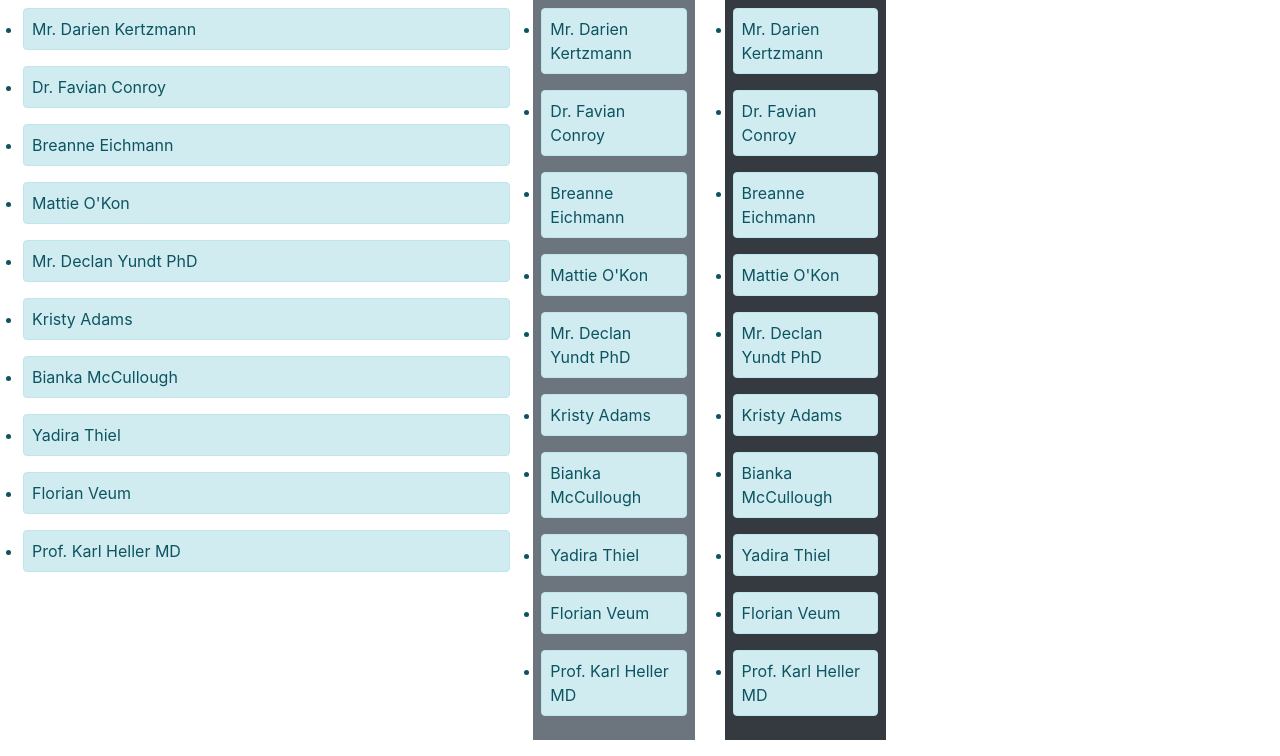
Repository: yatharth-vataliya/the-core-php-js
Page: http://localhost/prac_17.php
These files come from the project's save history. The page is drawn as it stood at one moment and after the next save; the edit follows.
The browser window is 1280 px wide. The pictures show the whole page.
Some web libraries are served in a nearby version. The page is run by PHP 8.4 with error messages shown; the project is at /var/www/html/. The database holds what the project's SQL file puts in it.

Above is the page before, as saved 2020-12-26 18:29:38.

### prac_17.php
<?php

require_once("db.php");

$st = $pdo->prepare('SELECT * FROM sort_it ORDER BY order_id ASC');
$st->execute();

$data = $st->fetchAll(PDO::FETCH_OBJ);

?>
<!doctype html>
<html lang="en">

<head>
  <!-- Required meta tags -->
  <meta charset="utf-8">
  <meta name="viewport" content="width=device-width, initial-scale=1, shrink-to-fit=no">

  <!-- Bootstrap CSS -->
  <link rel="stylesheet" href="https://cdn.jsdelivr.net/npm/bootstrap@4.5.3/dist/css/bootstrap.min.css">
  <link rel="stylesheet" href="https://code.jquery.com/ui/1.12.1/themes/base/jquery-ui.css">
  <style>

  </style>
  <title>Title</title>
</head>

<body>
  <div class="container-fluid">
    <div class="row">
      <div class="col-md-5">
        <ul id="sortable" class="p-2">
          <?php foreach ($data as $dt) : ?>
            <li class="p-2 alert alert-info" data-id="<?php echo $dt->id; ?>"><?php echo $dt->product_name; ?></li>
          <?php endforeach; ?>
        </ul>
      </div>
      <div class="row">
        <div class="col-md-5">
          <ul id="sortable1" class="p-2 connectedSortable bg-secondary">
            <?php foreach ($data as $dt) : ?>
              <li class="p-2 alert alert-info" data-id="<?php echo $dt->id; ?>"><?php echo $dt->product_name; ?></li>
            <?php endforeach; ?>
          </ul>
        </div>
        <div class="col-md-5">
          <ul id="sortable2" class="p-2 connectedSortable bg-dark">
            <?php foreach ($data as $dt) : ?>
              <li class="p-2 alert alert-info" data-id="<?php echo $dt->id; ?>"><?php echo $dt->product_name; ?></li>
            <?php endforeach; ?>
          </ul>
        </div>
      </div>
    </div>
  </div>

  <script src="https://code.jquery.com/jquery-3.5.1.js"></script>
  <script src="https://cdn.jsdelivr.net/npm/bootstrap@4.5.3/dist/js/bootstrap.bundle.min.js"></script>
  <script src="https://code.jquery.com/ui/1.12.1/jquery-ui.js"></script>

  <script>
    $(function() {
      $("#sortable").sortable({
        update: function(event, ui) {
          var od_array = new Array();
          $("#sortable li").each(function() {
            od_array.push($(this).data("id"));
          });
          var http = new XMLHttpRequest();
          http.onreadystatechange = function() {
            if (this.readyState == 4 && this.status == 200) {
              response = JSON.parse(this.response);
              alert(response.message);
            }
          }
          http.open("POST", "reorder.php");
          form_data = new FormData();
          for (i = 0; i < od_array.length; i++) {
            form_data.append('data_id[]', od_array[i]);
          }
          http.send(form_data);
        }
      });
      $("#sortable").disableSelection();
    });

    $(function() {
      $("#sortable1, #sortable2").sortable({
        connectWith: ".connectedSortable"
      }).disableSelection();
    });
  </script>

</body>

</html>

### db.php
<?php
$dsn = 'mysql:host=localhost;dbname=practice';
$username = 'root';
$password = 'rootroot';
$options = array(
	PDO::MYSQL_ATTR_INIT_COMMAND => 'SET NAMES utf8',
	PDO::ATTR_ERRMODE => PDO::ERRMODE_EXCEPTION
);

$pdo = new PDO($dsn, $username, $password, $options);
?>

### practice.sql (the tables this page reads)
CREATE TABLE `sort_it` (
  `id` int(11) NOT NULL,
  `product_name` varchar(100) NOT NULL,
  `description` varchar(200) DEFAULT NULL,
  `order_id` int(11) NOT NULL DEFAULT '0'
) ENGINE=InnoDB DEFAULT CHARSET=utf8mb4;

INSERT INTO `sort_it` (`id`, `product_name`, `description`, `order_id`) VALUES
(1, 'Kristy Adams', 'Quam ut perferendis vel magnam. Enim deleniti illo doloribus est praesentium. Aliquam aliquam enim autem et dolore. Neque labore deleniti et incidunt.', 6),
(2, 'Yadira Thiel', 'Dignissimos consequatur quidem ea architecto et. Aut asperiores nesciunt velit repellendus error provident dolorum. Qui eos aut in praesentium qui magnam voluptatem.', 7),
(3, 'Mr. Darien Kertzmann', 'Sapiente quaerat consequuntur rem quia. Architecto facere numquam qui. Velit eligendi ex quia qui ipsum.', 1),
(4, 'Dr. Favian Conroy', 'Doloribus similique repellendus nihil explicabo dicta. Similique minima quis mollitia officiis temporibus libero. Sunt sit qui autem consequatur et. Corrupti sed earum delectus voluptatem.', 2),
(5, 'Florian Veum', 'Totam ut vel natus repudiandae quas. Vel quia similique sint. Qui quo architecto culpa dolorem. Rem quos recusandae quas.', 8),
(6, 'Breanne Eichmann', 'Eum ea et sunt ratione quo. Veritatis iusto incidunt et dolor beatae officiis ipsum. Est placeat labore et molestiae ex est. Excepturi et veritatis sunt expedita.', 3),
(7, 'Mattie O\'Kon', 'Quibusdam dolores commodi alias quam eaque et qui. Doloribus ut ipsam tenetur odit quia assumenda ipsam. Sit sed veniam nostrum quis deleniti. Vel ea dolorem eum doloremque.', 4),
(8, 'Mr. Declan Yundt PhD', 'Quaerat et voluptatibus eos. Unde voluptas repellat est qui fugiat sit. Soluta amet est perspiciatis harum ea. Maxime dolorem quam aliquam id. At aut recusandae est consequatur mollitia dolorem unde.', 5),
(9, 'Bianka McCullough', 'Officia ut in et molestias cupiditate qui modi. Quia voluptatem sed rem cupiditate rerum. Enim nihil eligendi assumenda porro.', 6),
(10, 'Prof. Karl Heller MD', 'Aut consectetur sed sunt minus. Dolores quidem aut facilis aut. Accusantium explicabo laudantium consequatur aut similique qui.', 9);

ALTER TABLE `sort_it`
  ADD PRIMARY KEY (`id`);

ALTER TABLE `sort_it`
  MODIFY `id` int(11) NOT NULL AUTO_INCREMENT, AUTO_INCREMENT=11;

After the next save:
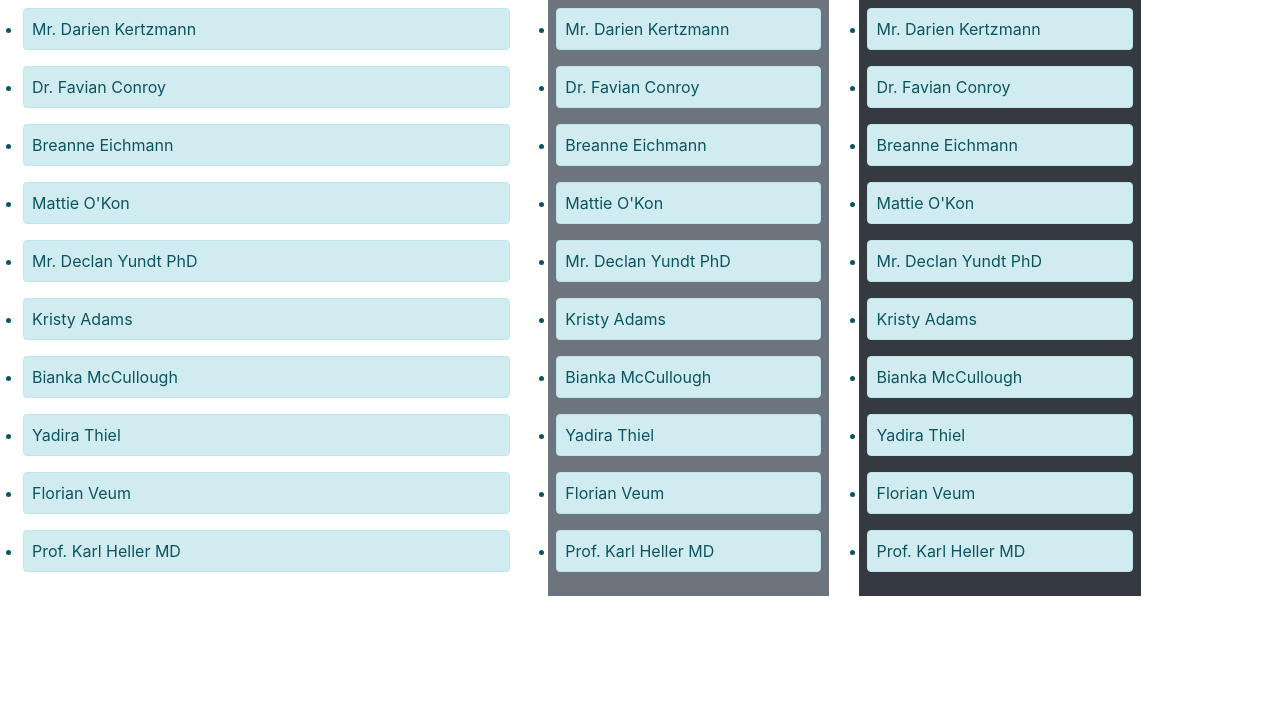
Saved 46 s later.
--- a/prac_17.php
+++ b/prac_17.php
@@ -35,20 +35,22 @@ $data = $st->fetchAll(PDO::FETCH_OBJ);
           <?php endforeach; ?>
         </ul>
       </div>
-      <div class="row">
-        <div class="col-md-5">
-          <ul id="sortable1" class="p-2 connectedSortable bg-secondary">
-            <?php foreach ($data as $dt) : ?>
-              <li class="p-2 alert alert-info" data-id="<?php echo $dt->id; ?>"><?php echo $dt->product_name; ?></li>
-            <?php endforeach; ?>
-          </ul>
-        </div>
-        <div class="col-md-5">
-          <ul id="sortable2" class="p-2 connectedSortable bg-dark">
-            <?php foreach ($data as $dt) : ?>
-              <li class="p-2 alert alert-info" data-id="<?php echo $dt->id; ?>"><?php echo $dt->product_name; ?></li>
-            <?php endforeach; ?>
-          </ul>
+      <div class="col-md">
+        <div class="row">
+          <div class="col-md-5">
+            <ul id="sortable1" class="p-2 connectedSortable bg-secondary">
+              <?php foreach ($data as $dt) : ?>
+                <li class="p-2 alert alert-info" data-id="<?php echo $dt->id; ?>"><?php echo $dt->product_name; ?></li>
+              <?php endforeach; ?>
+            </ul>
+          </div>
+          <div class="col-md-5">
+            <ul id="sortable2" class="p-2 connectedSortable bg-dark">
+              <?php foreach ($data as $dt) : ?>
+                <li class="p-2 alert alert-info" data-id="<?php echo $dt->id; ?>"><?php echo $dt->product_name; ?></li>
+              <?php endforeach; ?>
+            </ul>
+          </div>
         </div>
       </div>
     </div>
